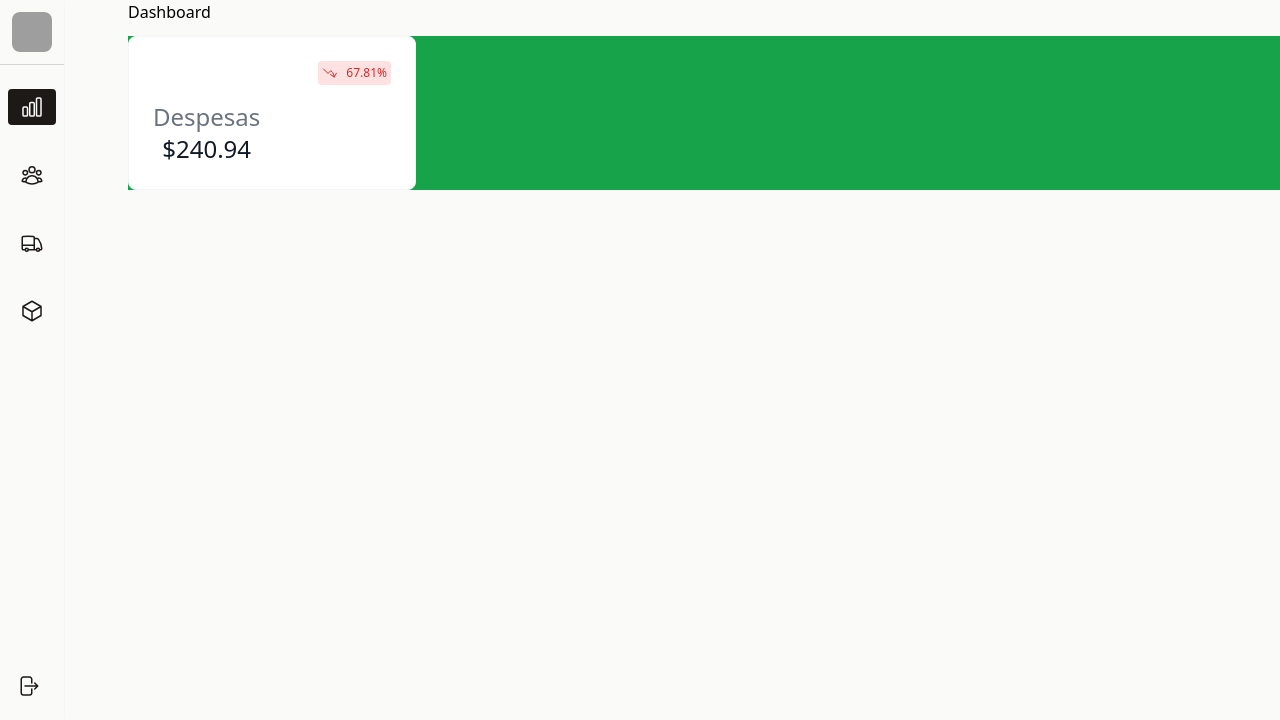
Repository: XavierOtavio/Cuzinhas
Page: /dashboard
The author's editor kept a copy of each file at every save. The page is drawn from the files as they stood at one save, then again after the next save.
The browser window is 1280 px wide. The pictures show the whole page.
Pictures or frames that could not be fetched are drawn as grey boxes. The project was rebuilt for these pictures with package versions that can differ from the ones it lists, and the page was loaded fresh each time. Also part of the build but not shown: src/components/Orders.js, src/components/Employees.js, src/components/Login.js, src/components/Register.js, src/components/Home.js, src/components/Logotipo.js, src/components/Header.js, src/components/Footer.js and 1 more.

Above is the page before, as saved 2023-03-08 18:31:03.

### src/App.js
import { Route, Routes } from "react-router-dom";
import LayoutBackend from "./components/LayoutBackend";
import Dashboard from "./components/Dashboard";
import Orders from "./components/Orders";
import Employees from "./components/Employees";
import Login from "./components/Login";
import Register from "./components/Register";
import Home from "./components/Home";
import LayoutFront from "./components/LayoutFront";

function App() {
  return (
    <div className="App">
      <Routes>
        <Route path="/dashboard" element={<LayoutBackend />}>
          <Route path="" element={<Dashboard />} />
          <Route path="orders" element={<Orders />} />
          <Route path="employees" element={<Employees />} />
        </Route>
        <Route path="" element={<LayoutFront />}>
          <Route path="/" element={<Home />} />
        </Route>
        <Route path="/login" element={<Login />} />
        <Route path="/register" element={<Register />} />
      </Routes>
    </div>
  );
}

export default App;

### src/components/LayoutBackend.js
import React from "react";
import SideBar from "./SideBar";
import { Outlet } from "react-router-dom";

export default function LayoutBackend() {
  return (
    <>
      <div className="absolute h-screen w-screen">
        <SideBar />
        <div className="relative flex h-full items-center justify-center bg-stone-50">
          <Outlet />
        </div>
      </div>
    </>
  );
}

### src/components/Dashboard.js
import React from "react";
import {
  ArrowTrendingUpIcon,
  ArrowTrendingDownIcon,
} from "@heroicons/react/24/outline";

export default function Dashboard() {
  return (
    <div className="absolute inset-0 ml-32">
      <h2 classname="w-full">Dashboard</h2>
      <div classname="grid grid-cols-12 grid-rows-6">
        <div className="row-start-2 row-end-3 col-start-6 col-end-9 bg-green-600">
          <button class="flex flex-col gap-4 rounded-lg border border-gray-100 bg-white p-6 w-3/12 my-3">
            <div class="inline-flex gap-2 self-end rounded bg-red-100 p-1 text-red-600">
              <ArrowTrendingDownIcon className="h-4 w-4" />

              <span class="text-xs font-medium"> 67.81% </span>
            </div>

            <div>
              <strong class="block text-left text-2xl font-medium text-gray-500">
                Despesas
              </strong>

              <p>
                <span class="text-2xl font-medium text-gray-900">
                  {" "}
                  $240.94{" "}
                </span>
              </p>
            </div>
          </button>
        </div>
      </div>
    </div>
  );
}

### src/components/SideBar.js
import React from "react";
import { Link, useLocation } from "react-router-dom";
import {
  ArrowRightOnRectangleIcon,
  ChartBarIcon,
  CubeIcon,
  TruckIcon,
  UserGroupIcon,
} from "@heroicons/react/24/outline";

export default function SideBar() {
  const location = useLocation();
  return (
    <div className="absolute inset-y-0 left-0 z-10 w-16 shadow-sm bg-stone-50">
      <div>
        <div className="inline-flex h-16 w-16 items-center justify-center">
          <Link
            to="/profile"
            className="group relative flex justify-center rounded"
          >
            <img
              alt="user"
              className="rounded-lg h-10 w-10"
              src="https://cdn.discordapp.com/attachments/1082425024104894666/1082799435727253584/xSVMV6xD9Cf7K56wjeEF--1--2htnr.jpg"
            />
            <span className="absolute left-full text-left whitespace-nowrap top-1/2 ml-4 -translate-y-1/2 rounded bg-stone-900 px-2 py-1.5 text-xs font-medium text-stone-50 opacity-0 group-hover:opacity-100">
              Perfil <p className="font-light">Xavier Otávio</p>
            </span>
          </Link>
        </div>
        <div className="border-t border-stone-300">
          <nav aria-label="Main" className="flex flex-col p-2">
            <div className="py-4">
              <Link
                to="/dashboard"
                className={`group relative flex  justify-center rounded  px-2 py-1.5  ${
                  location.pathname === "/dashboard"
                    ? "bg-stone-900 text-stone-50"
                    : "bg-stone-50 text-stone-900"
                }`}
              >
                <ChartBarIcon className="h-6 w-6" />
                <span className="absolute left-full top-1/2 ml-4 -translate-y-1/2 rounded bg-stone-900 px-2 py-1.5 text-xs font-medium text-stone-50 opacity-0 group-hover:opacity-100">
                  Dashboard
                </span>
              </Link>
            </div>
            <div className="py-4">
              <Link
                to="/dashboard/employees"
                className={`group relative flex  justify-center rounded  px-2 py-1.5  ${
                  location.pathname === "/dashboard/employees"
                    ? "bg-stone-900 text-stone-50"
                    : "bg-stone-50 text-stone-900"
                }`}
              >
                <UserGroupIcon className="h-6 w-6" />
                <span className="absolute left-full top-1/2 ml-4 -translate-y-1/2 rounded bg-stone-900 px-2 py-1.5 text-xs font-medium text-stone-50 opacity-0 group-hover:opacity-100">
                  Empregados
                </span>
              </Link>
            </div>
            <div className="py-4">
              <Link
                to="/dashboard/orders"
                className={`group relative flex  justify-center rounded  px-2 py-1.5  ${
                  location.pathname === "/dashboard/orders"
                    ? "bg-stone-900 text-stone-50"
                    : "bg-stone-50 text-stone-900"
                }`}
              >
                <TruckIcon className="h-6 w-6" />
                <span className="absolute left-full top-1/2 ml-4 -translate-y-1/2 rounded bg-stone-900 px-2 py-1.5 text-xs font-medium text-stone-50 opacity-0 group-hover:opacity-100">
                  Encomendas
                </span>
              </Link>
            </div>
            <div className="py-4">
              <Link
                to="/dashboard/stock"
                className={`group relative flex  justify-center rounded  px-2 py-1.5  ${
                  location.pathname === "/dashboard/stock"
                    ? "bg-stone-900 text-stone-50"
                    : "bg-stone-50 text-stone-900"
                }`}
              >
                <CubeIcon className="h-6 w-6" />
                <span className="absolute left-full top-1/2 ml-4 -translate-y-1/2 rounded bg-stone-900 px-2 py-1.5 text-xs font-medium text-stone-50 opacity-0 group-hover:opacity-100">
                  Matérias-primas
                </span>
              </Link>
            </div>
            <div className="py-4 bottom-0 absolute">
              <Link
                to="/"
                className="group relative flex  justify-center rounded bg-stone-50 px-2 py-1.5 text-stone-900"
              >
                <ArrowRightOnRectangleIcon className="h-6 w-6" />
                <span className="absolute left-full top-1/2 ml-4 -translate-y-1/2 rounded bg-stone-900 px-2 py-1.5 text-xs font-medium text-stone-50 opacity-0 group-hover:opacity-100">
                  Sair
                </span>
              </Link>
            </div>
          </nav>
        </div>
      </div>
    </div>
  );
}

Loaded but not shown: public/index.html (common file); src/index.js (common file); src/index.css (common file); src/reportWebVitals.js (common file); tailwind.config.js (common file)

After the next save:
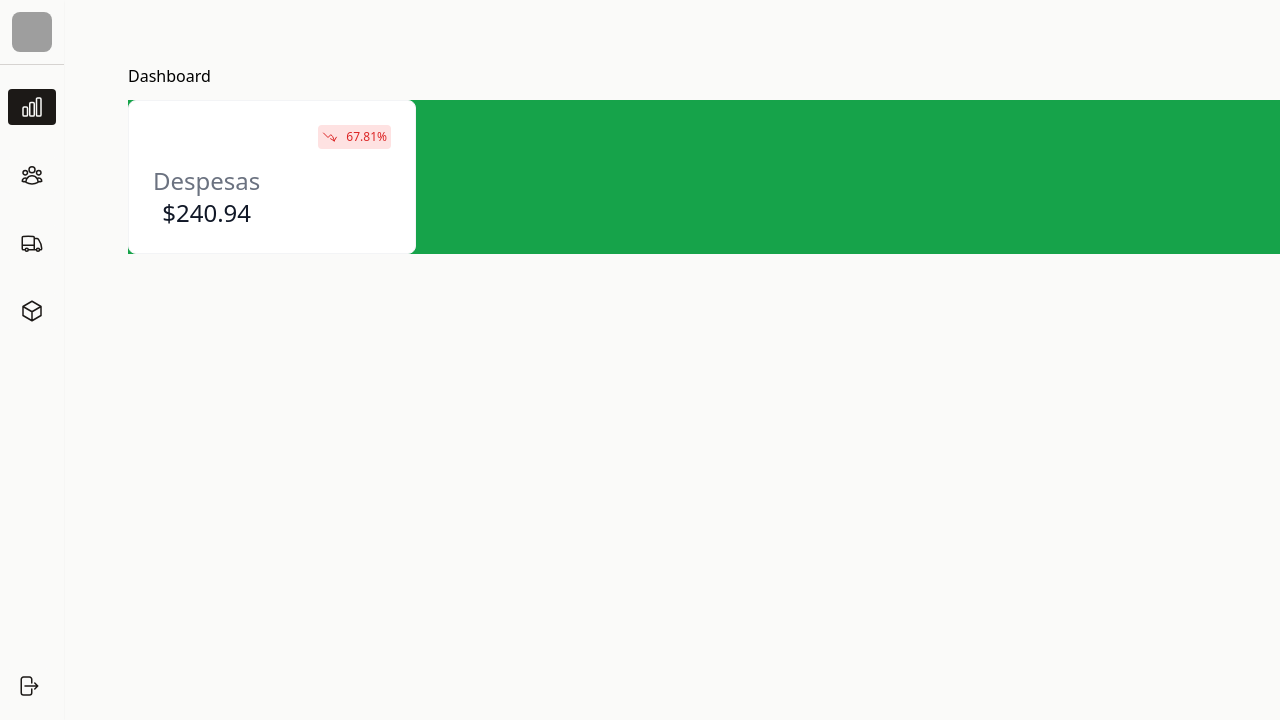
Saved 5 s later.
--- a/src/components/Dashboard.js
+++ b/src/components/Dashboard.js
@@ -6,7 +6,7 @@ import {
 
 export default function Dashboard() {
   return (
-    <div className="absolute inset-0 ml-32">
+    <div className="absolute inset-0 ml-32 mt-16">
       <h2 classname="w-full">Dashboard</h2>
       <div classname="grid grid-cols-12 grid-rows-6">
         <div className="row-start-2 row-end-3 col-start-6 col-end-9 bg-green-600">
